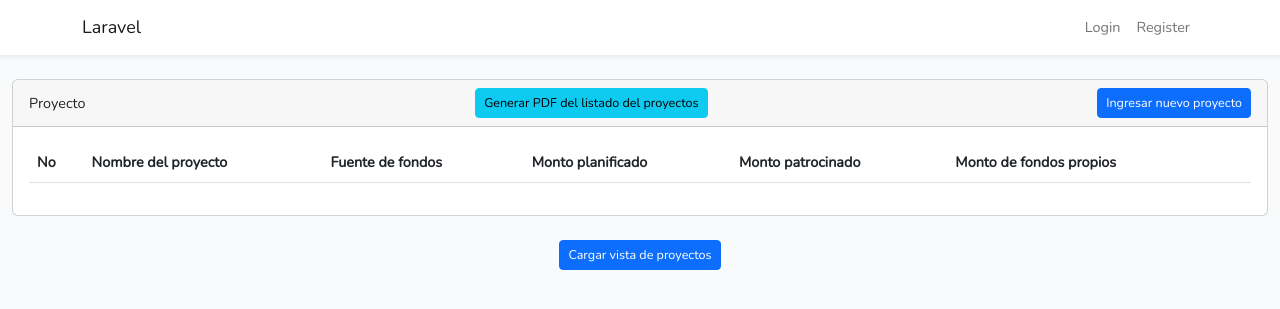
Repository: Hellcat98/Practica_laravel_alfredo
Page: http://localhost/proyecto
The author's editor kept a copy of each file at every save. The page is drawn from the files as they stood at one save, then again after the next save.
The browser window is 1280 px wide. The pictures show the whole page.
The page is served by the project's Laravel application, run on PHP 8.4 with Laravel 10. Style sheets and scripts are compiled from the project's sources, by tool versions that may differ from the author's. Queries for data that is not in the repository find no rows.

Above is the page before, as saved 2023-06-11 19:44:03.

After the next save:
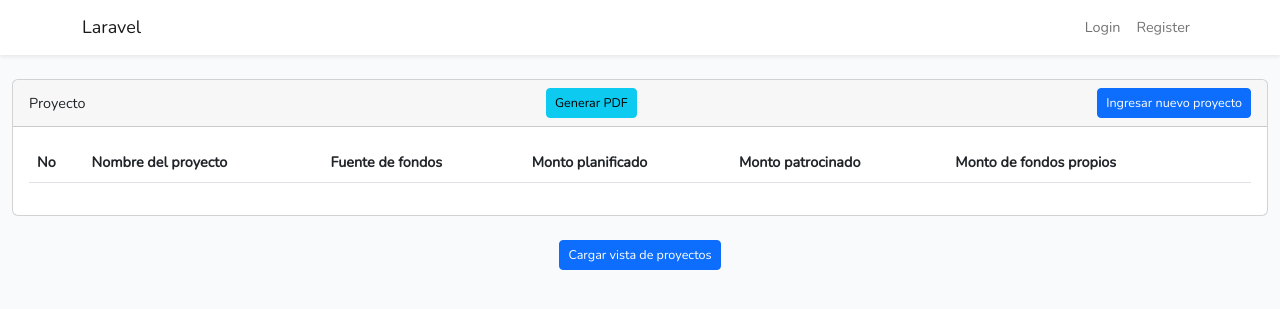
Saved 112 s later.
--- a/resources/views/proyecto/index.blade.php
+++ b/resources/views/proyecto/index.blade.php
@@ -19,7 +19,7 @@
 
                               <div class="float-right">
                                 <a href="{{ route('generar-pdf') }}" class="btn btn-info btn-sm float-right"  data-placement="left" target="_blanck">
-                                  {{ __('Generar PDF del listado del proyectos') }}
+                                  {{ __('Generar PDF') }}
                                 </a>
                               </div>
                               <div class="float-right">
